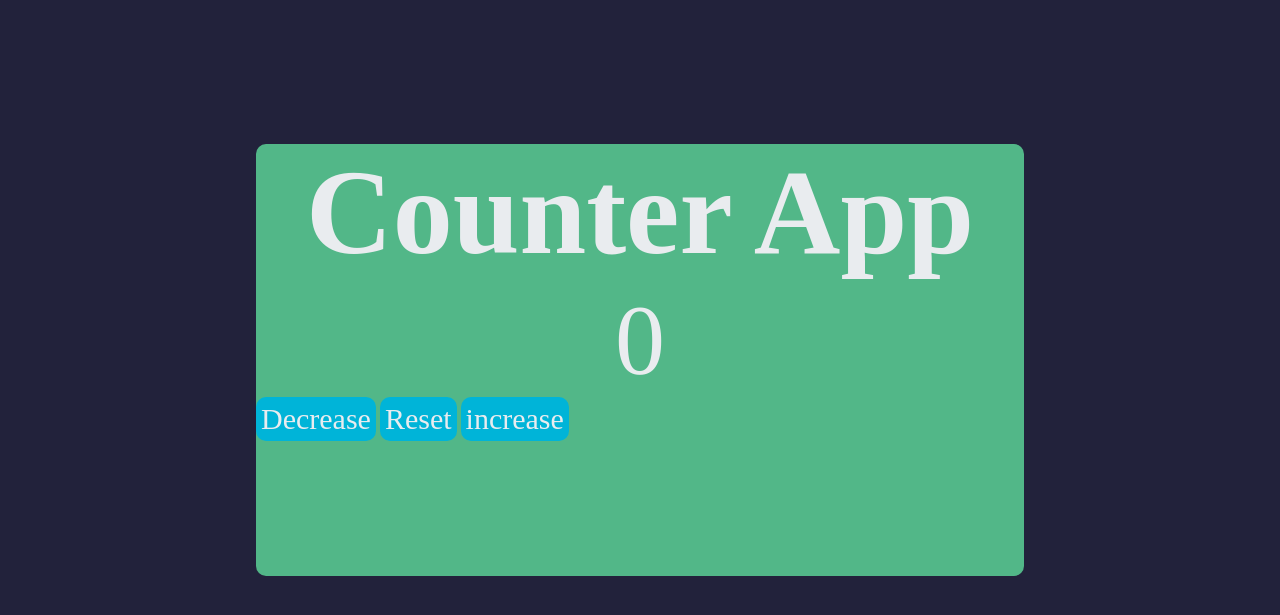
Repository: Yuukicoder/basicProject
Page: project2.html
These files come from the project's save history. The page is drawn as it stood at one moment and after the next save; the edit follows.
The browser window is 1280 px wide. The pictures show the whole page.
Some web fonts or font styles are not loaded; a fallback is used.

Above is the page before, as saved 2023-02-24 21:50:59.

### project2.html
<!DOCTYPE html>
<html lang="en">
  <head>
    <meta charset="UTF-8" />
    <meta http-equiv="X-UA-Compatible" content="IE=edge" />
    <meta name="viewport" content="width=device-width, initial-scale=1.0" />
    <title>Counter App</title>
    <link
      rel="shortcut icon"
      href="assets/Image/project2.png"
      type="image/x-icon"
    />
    <link rel="stylesheet" href="assets/css/project2.css" />
  </head>
  <body>
    <section class="box">
      <h1>Counter App</h1>
      <p class="counter-preview">0</p>
      <div class="buttons" id="allBtns">
        <button class="decrement" id="decrement">Decrease</button>
        <button class="reset" id="reset">Reset</button>
        <button class="increment" id="increment">increase</button>
      </div>
    </section>
    <script src="assets/js/project2.js"></script>
  </body>
</html>

### assets/css/project2.css
@import url("https://fonts.googleapis.com/css2?family=Arima:wght@100;200;300;400;500;700&display=swap");
* {
  margin: 0;
  padding: 0;
  box-sizing: border-box;
  /* border: 1px solid black; */
}
:root {
  --button: #00b4d8;
  --text: #e9ecef;
}
body {
  background-color: #22223b;
  height: 100vh;
  width: 100vw;
  display: flex;
  align-items: center;
  justify-content: center;
}
.box {
  width: 60%;
  height: 60%;
  background-color: #52b788;
  border-radius: 10px;
}
h1,
p {
  color: var(--text);
}
h1 {
  font-family: Arima;
  font-size: 120px;
  text-align: center;
}
p {
  display: block;
  font-size: 100px;
  text-align: center;
}
.buttons {
  display: block;
  margin-right: auto;
  margin-left: auto;
}
button {
  background-color: var(--button);
  color: var(--text);
  font-family: Arima;
  font-size: 30px;
  border: none;
  border-radius: 10px;
  padding: 5px 5px;
  /* display: block; */
  /* margin-right: auto; */
  /* margin-left: auto; */
}

### assets/js/project2.js
const display = document.querySelector('.counter-preview');
const allBtns = document.querySelector('#allBtns');
allBtns.addEventListener('click',counter);
var value = 0;
function counter(x) {
    const btn = x.target.id;
    if(btn === 'increment'){
        value += 1;
    }
    else if(btn === 'decrement'){
        value -= 1;
    }
    else value = 0;
    display.textContent = value;
}

After the next save:
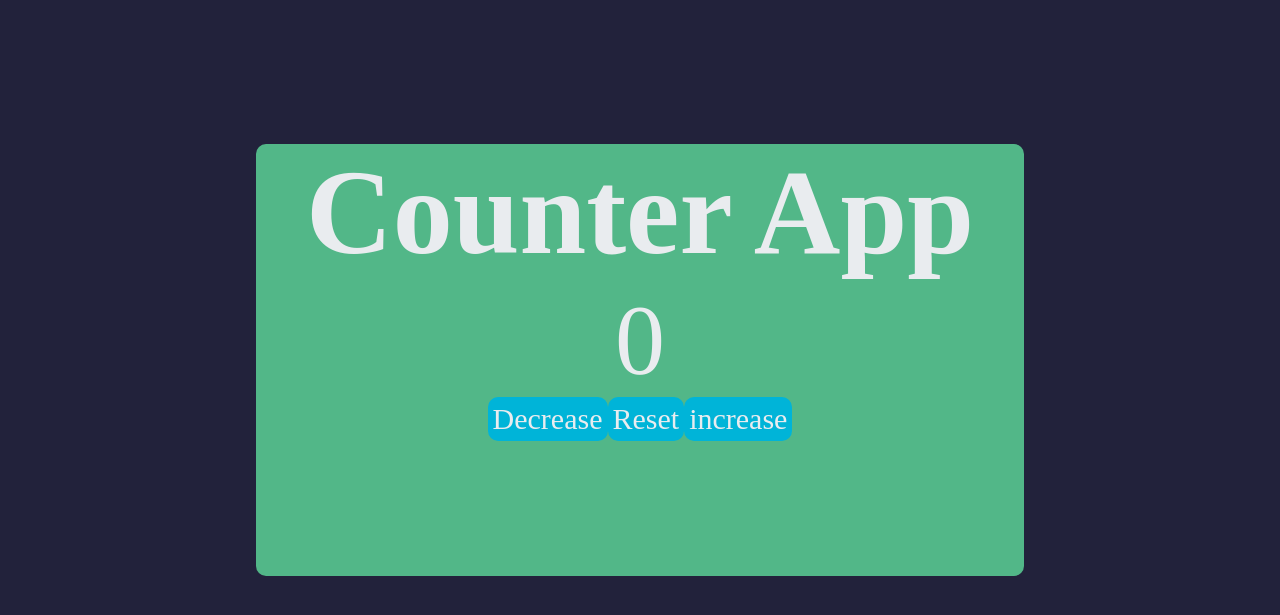
Saved 56 s later.
--- a/assets/css/project2.css
+++ b/assets/css/project2.css
@@ -38,9 +38,9 @@ p {
   text-align: center;
 }
 .buttons {
-  display: block;
-  margin-right: auto;
-  margin-left: auto;
+  display: flex;
+  align-items: center;
+  justify-content: center;
 }
 button {
   background-color: var(--button);
